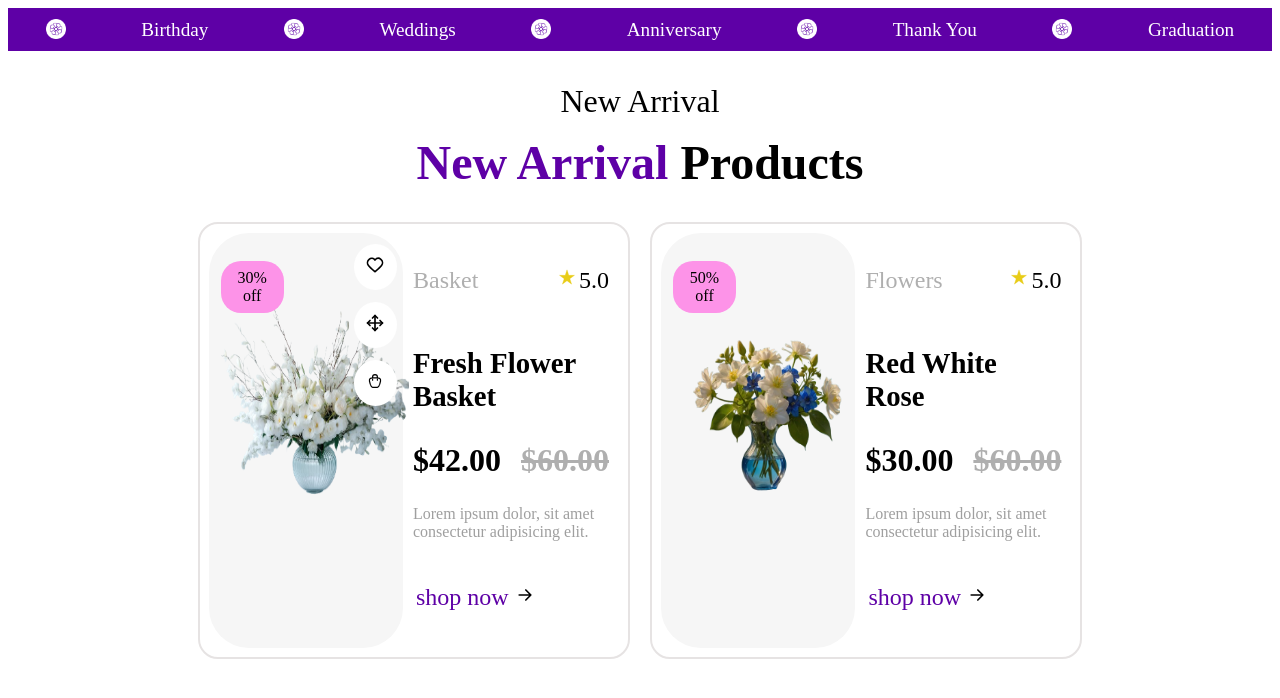
Repository: KolawoleTemilade/classroom-learning
Page: newarrival/index.html
An editor plug-in stored every save of this project. The page is shown before and after the next save, followed by the edit.
The browser window is 1280 px wide. The pictures show the whole page.

Above is the page before, as saved 2025-10-02 09:31:46.

### newarrival/index.html
<!DOCTYPE html>
<html lang="en">
  <head>
    <meta charset="UTF-8" />
    <meta name="viewport" content="width=h, initial-scale=1.0" />
    <title>new arrival</title>
    <link rel="stylesheet" href="style.css" />
  </head>
  <body>
    <section class="new-arrival-sect">
    <div class="marq-sect">
      <div class="marque">
        <img
          src="../newarrival/images/icons/marqueflower.png"
          alt="flower-icon"
          width="20"
          height="20"
        />
        <span>birthday</span>
        <img
          src="../newarrival/images/icons/marqueflower.png"
          alt="flower-icon"
          width="20"
          height="20"
        />
        <span>weddings</span>
        <img
          src="../newarrival/images/icons/marqueflower.png"
          alt="flower-icon"
          width="20"
          height="20"
        />
        <span>anniversary</span>
        <img
          src="../newarrival/images/icons/marqueflower.png"
          alt="flower-icon"
          width="20"
          height="20"
        />
        <span>thank you</span>
        <img
          src="../newarrival/images/icons/marqueflower.png"
          alt="flower-icon"
          width="20"
          height="20"
        />
        <span>graduation</span>
      </div>
    </div>

      <div class="new-arrival">
        <div class="new-arrival-title">
          <p class="title1">
            new arrival
            <span class="title2"
              >new arrival <span class="product-title">products</span></span
            >
          </p>
        </div>
        <section class="card-sec">
          <div class="new-arrival-product-card">
            <div class="product-card">
              <div class="img-sect">
                <img
                  src="./images/new-arrival/flower4.png"
                  alt="flower1"
                  width="200"
                  height="2 ,8>00"
                />
                <div class="absolute-container">
                  <p class="slash">30% off</p>
                  <div class="icons-sec">
                    <div class="icons">
                      <img
                        src="./images/icons/heart.svg"
                        alt="heart"
                        width="20"
                        height="20"
                      />
                    </div>
                    <div class="icons">
                      <img
                        src="./images/icons/crossedarrow.svg"
                        alt="arrow"
                        width="20"
                        height="20"
                      />
                    </div>
                    <div class="icons">
                      <img
                        src="./images/icons/shoppingbag.svg"
                        alt="shoppingbag"
                        width="20"
                        height="20"
                      />
                    </div>
                  </div>
                </div>
              </div>
              <div class="text-sect">
                <div class="basket-sec">
                  <p>basket</p>
                  <div class="rating-sec">
                    <img
                      src="./images/icons/ratings.svg"
                      alt="ratings"
                      width="20"
                      height="20"
                    />
                    <span>5.0</span>
                  </div>
                </div>
                <div class="fresh-flower-sec">
                  <h3>fresh flower basket</h3>
                  <h2>$42.00 <span class="slashed"> $60.00</span></h2>
                  <p>
                    Lorem ipsum dolor, sit amet consectetur adipisicing elit.
                  </p>
                  <div class="shop-btn">
                    <p>
                      shop now
                      <span
                        ><img
                          src="./images/icons/rightarrow.svg"
                          alt="right arrow"
                          width="20"
                          height="20"
                      /></span>
                    </p>
                  </div>
                </div>
              </div>
            </div>
          </div>
          <div class="new-arrival-product-card">
            <div class="product-card">
              <div class="img-sect">
                <img
                  src="./images/new-arrival/flower6.png"
                  alt="flower6"
                  width="200"
                  height="2 ,8>00"
                />
                <div class="absolute-container">
                  <p class="slash">50% off</p>
                  <div class="icons-sec2">
                    <div class="icons">
                      <img
                        src="./images/icons/heart.svg"
                        alt="heart"
                        width="20"
                        height="20"
                      />
                    </div>
                    <div class="icons">
                      <img
                        src="./images/icons/crossedarrow.svg"
                        alt="arrow"
                        width="20"
                        height="20"
                      />
                    </div>
                    <div class="icons">
                      <img
                        src="./images/icons/shoppingbag.svg"
                        alt="shoppingbag"
                        width="20"
                        height="20"
                      />
                    </div>
                  </div>
                </div>
              </div>
              <div class="text-sect">
                <div class="basket-sec">
                  <p>flowers</p>
                  <div class="rating-sec">
                    <img
                      src="./images/icons/ratings.svg"
                      alt="ratings"
                      width="20"
                      height="20"
                    />
                    <span>5.0</span>
                  </div>
                </div>
                <div class="fresh-flower-sec">
                  <h3>red white rose</h3>
                  <h2>$30.00 <span class="slashed"> $60.00</span></h2>
                  <p>
                    Lorem ipsum dolor, sit amet consectetur adipisicing elit.
                  </p>
                  <div class="shop-btn">
                    <p>
                      shop now
                      <span
                        ><img
                          src="./images/icons/rightarrow.svg"
                          alt="right arrow"
                          width="20"
                          height="20"
                      /></span>
                    </p>
                  </div>
                </div>
              </div>
            </div>
          </div>
        </section>
      </div>
    </section>
  </body>
</html>

### newarrival/style.css
.marq-sect {
  background-color: #5e00a6;
  height: 6vh;
  width: 100%;
  align-content: center;
}
.marque {
  display: flex;
  align-content: center;
  justify-content: space-around;
}
.marque > span {
  text-transform: capitalize;
  color: white;
  font-size: 1.2rem;
}

.new-arrival-sect >  {
  display: flex;
  flex-direction: column;
  align-items: center;
  justify-content: center;
  background-color: #F6F6F6;
  /* width: 100%; */
}
.new-arrival{
  display: flex;
  flex-direction: column;
  align-items: center;
  justify-content: center;
}
.title1 {
  font-size: 2rem;
  display: flex;
  flex-direction: column;
  align-items: center;
  justify-content: center;
  gap: 15px;
  text-transform: capitalize;
}
.title2 {
  font-size: 3rem;
  color: #5e00a6;
  font-weight: 700;
}
.product-title {
  color: black;
  font-size: 3rem;
  font-weight: 700;
}
.card-sec {
  display: flex;
  gap:20px;
  width: 70%;
}
.new-arrival-product-card {
  border: 2px solid rgb(230, 227, 227);
  padding: 9px;
  border-radius: 20px;
  background-color: #ffffff;
  width: 100%;
}

.product-card {
  display: flex;
  background-color: #ffffff;
  width: 100%;

}
.img-sect {
  position: relative;
  border: 3px solid transparent;
  border-radius: 40px;
  background-color: #f6f6f6;
  width: 100%;
  padding: 9px;
}
.img-sect > img {
  position: absolute;
  top: 15%;
  width: 100%;
  height: 30vh;
}
.absolute-container > p {
  padding: 8px;
  width: 25%;
  border-radius: 20px;
  text-align: center;
}
.slash {
  position: absolute;
  background: #fd93e8;
}

.icons-sec {
  position: absolute;
  top: 2%;
  right: 2%;
  display: flex;
  flex-direction: column;
  gap: 12px;
}
.icons {
  padding: 10px;
  width: 50%;
  border: 1px solid transparent;
  border-radius: 50%;
  background-color: white;
}
.text-sect {
  width: 100%;
  padding: 10px;
}
.basket-sec {
  display: flex;
  justify-content: space-between;
  align-items: center;
}
.basket-sec > p {
  text-transform: capitalize;
  color: #afafaf;
  font-size: 1.5rem;
}
.rating-sec {
  display: flex;
  gap: 2px;
  font-size: 1.5rem;
}
.fresh-flower-sec > h3 {
  font-size: 1.8rem;
  text-transform: capitalize;
  font-weight: 600;
}
.fresh-flower-sec > h2 {
  font-size: 2rem;
  display: flex;
  gap: 20px;
}
.slashed {
  color: #afafaf;
  text-decoration: line-through;
}
.fresh-flower-sec > p {
  font-size: 1.rem;
  color: #9f9f9f;
}
.shop-btn {
  color: #5e00a6;
  display: flex;
  align-items: center;
  padding: 3px;
  font-size: 1.5rem;
}
.icons-sec2 {
    display: none;
}

After the next save:
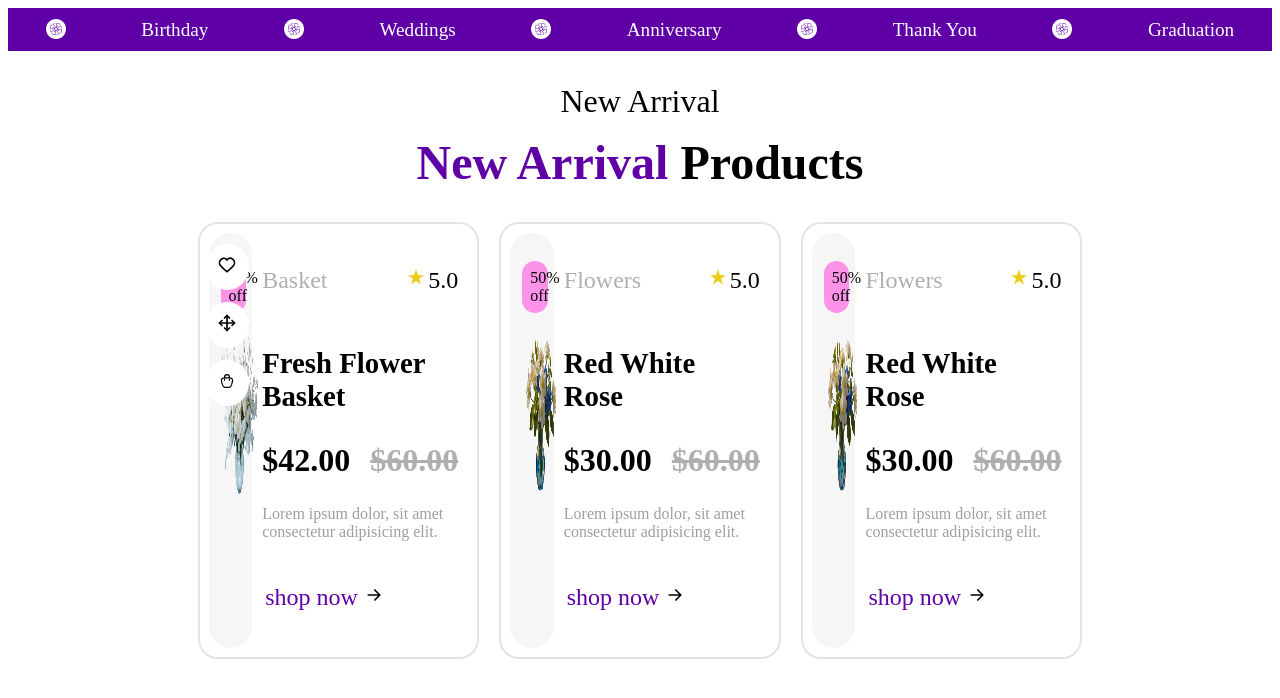
Saved 103 s later.
--- a/newarrival/index.html
+++ b/newarrival/index.html
@@ -206,6 +206,80 @@
               </div>
             </div>
           </div>
+          <div class="new-arrival-product-card">
+            <div class="product-card">
+              <div class="img-sect">
+                <img
+                  src="./images/new-arrival/flower6.png"
+                  alt="flower6"
+                  width="200"
+                  height="2 ,8>00"
+                />
+                <div class="absolute-container">
+                  <p class="slash">50% off</p>
+                  <div class="icons-sec2">
+                    <div class="icons">
+                      <img
+                        src="./images/icons/heart.svg"
+                        alt="heart"
+                        width="20"
+                        height="20"
+                      />
+                    </div>
+                    <div class="icons">
+                      <img
+                        src="./images/icons/crossedarrow.svg"
+                        alt="arrow"
+                        width="20"
+                        height="20"
+                      />
+                    </div>
+                    <div class="icons">
+                      <img
+                        src="./images/icons/shoppingbag.svg"
+                        alt="shoppingbag"
+                        width="20"
+                        height="20"
+                      />
+                    </div>
+                  </div>
+                </div>
+              </div>
+              <div class="text-sect">
+                <div class="basket-sec">
+                  <p>flowers</p>
+                  <div class="rating-sec">
+                    <img
+                      src="./images/icons/ratings.svg"
+                      alt="ratings"
+                      width="20"
+                      height="20"
+                    />
+                    <span>5.0</span>
+                  </div>
+                </div>
+                <div class="fresh-flower-sec">
+                  <h3>red white rose</h3>
+                  <h2>$30.00 <span class="slashed"> $60.00</span></h2>
+                  <p>
+                    Lorem ipsum dolor, sit amet consectetur adipisicing elit.
+                  </p>
+                  <div class="shop-btn">
+                    <p>
+                      shop now
+                      <span
+                        ><img
+                          src="./images/icons/rightarrow.svg"
+                          alt="right arrow"
+                          width="20"
+                          height="20"
+                      /></span>
+                    </p>
+                  </div>
+                </div>
+              </div>
+            </div>
+          </div>
         </section>
       </div>
     </section>
